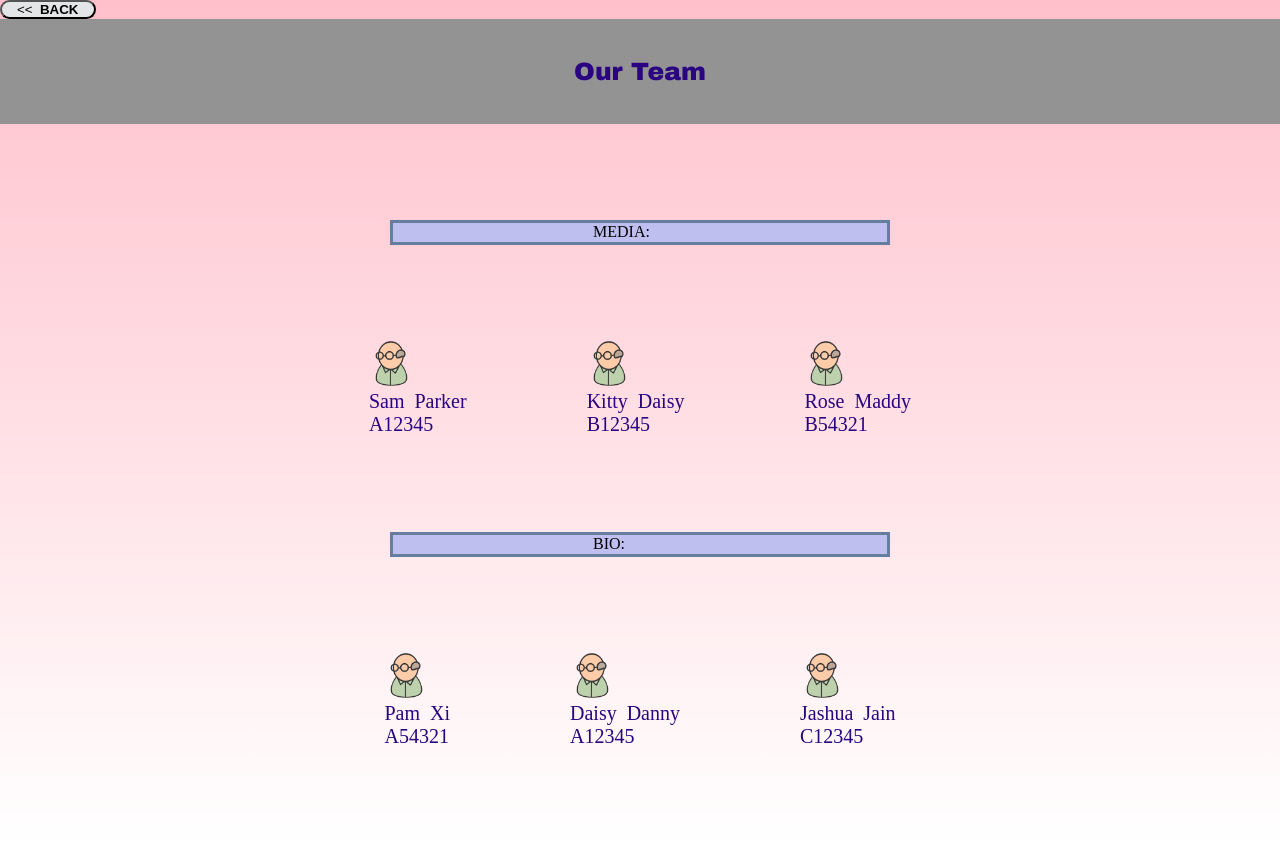
Repository: anoncoderin/madhu-assignment3
Page: /about
An editor plug-in stored every save of this project. The page is shown before and after the next save, followed by the edit.
The browser window is 1280 px wide. The pictures show the whole page.
The project was rebuilt for these pictures with package versions that can differ from the ones it lists, and the page was loaded fresh each time. The framework's server and built-in components were replaced by stand-ins that run in the browser. Also part of the build but not shown: next.config.js.

Above is the page before, as saved 2023-01-22 23:07:50.

### pages/about.js
import data from '../data/employee.json'
import { useState } from 'react'
import Link from 'next/link'
import Employee from '../components/Employee'
import styles from '@/styles/about.module.css'



export default function About() {
    console.log(data);
    const [information, setInformation] = useState([...data])
    return (

        <>
            <Link href="/"><button className={styles.button}>&lt;&lt;&nbsp;&nbsp;<b>BACK</b></button></Link>

            <div className={styles.header}>Our Team</div>

            <div className={styles.main}>
            <div className={styles.record}>MEDIA:</div>

            <div className={styles.row}>
            {

                information && information.map((info, index) => {
                    if (info.department === "Media") {
                        return (
                            <Employee key={index} employeeNumber={info.employeeNumber}
                                firstName={info.firstName}
                                lastName={info.lastName}
                            >
                            </Employee>

                        )
                    }

                }
                )
            }
            </div>

            <div className={styles.record}>BIO:</div>
            <div className={styles.row}>
            {
                information && information.map((info, index) => {
                    if (info.department === "Bio") {
                        return (
                            <Employee key={index} employeeNumber={info.employeeNumber}
                                firstName={info.firstName}
                                lastName={info.lastName}
                            >
                            </Employee>

                        )
                    }
                }
                )
            }
            </div>
            </div>

        </>

    )
}

### styles/globals.css
:root {
  --max-width: 1100px;
  --border-radius: 12px;
  --font-mono: ui-monospace, Menlo, Monaco, 'Cascadia Mono', 'Segoe UI Mono',
    'Roboto Mono', 'Oxygen Mono', 'Ubuntu Monospace', 'Source Code Pro',
    'Fira Mono', 'Droid Sans Mono', 'Courier New', monospace;

  --foreground-rgb: 0, 0, 0;
  --background-start-rgb: 255, 192, 203;
  --background-end-rgb: 255, 255, 255;

  --primary-glow: conic-gradient(
    from 180deg at 50% 50%,
    hsla(78, 61%, 87%, 0.2) 0deg,
    #0885ff33 55deg,
    #54d6ff33 120deg,
    #0071ff33 160deg,
    transparent 360deg
  );
  --secondary-glow: radial-gradient(
    rgba(255, 255, 255, 1),
    rgba(255, 255, 255, 0)
  );

  --tile-start-rgb: 239, 245, 249;
  --tile-end-rgb: 228, 232, 233;
  --tile-border: conic-gradient(
    #00000080,
    #00000040,
    #00000030,
    #00000020,
    #00000010,
    #00000010,
    #00000080
  );

  --callout-rgb: 238, 240, 241;
  --callout-border-rgb: 172, 175, 176;
  --card-rgb: 180, 185, 188;
  --card-border-rgb: 131, 134, 135;
}

@media (prefers-color-scheme: dark) {
  :root {
    --foreground-rgb: 255, 255, 255;
    --background-start-rgb: 0, 0, 0;
    --background-end-rgb: 0, 0, 0;

    --primary-glow: radial-gradient(rgba(1, 65, 255, 0.4), rgba(1, 65, 255, 0));
    --secondary-glow: linear-gradient(
      to bottom right,
      rgba(1, 65, 255, 0),
      rgba(1, 65, 255, 0),
      rgba(1, 65, 255, 0.3)
    );

    --tile-start-rgb: 2, 13, 46;
    --tile-end-rgb: 2, 5, 19;
    --tile-border: conic-gradient(
      #ffffff80,
      #ffffff40,
      #ffffff30,
      #ffffff20,
      #ffffff10,
      #ffffff10,
      #ffffff80
    );

    --callout-rgb: 20, 20, 20;
    --callout-border-rgb: 108, 108, 108;
    --card-rgb: 100, 100, 100;
    --card-border-rgb: 200, 200, 200;
  }
}

* {
  box-sizing: border-box;
  padding: 0;
  margin: 0;
}

html,
body {
  max-width: 100vw;
  overflow-x: hidden;
}

body {
  color: rgb(var(--foreground-rgb));
  background: linear-gradient(
      to bottom,
      transparent,
      rgb(var(--background-end-rgb))
    )
    rgb(var(--background-start-rgb));
}

a {
  color: inherit;
  text-decoration: none;
}
a:hover{
  color: rgb(92, 91, 91);
}

@media (prefers-color-scheme: dark) {
  html {
    color-scheme: dark;
  }
}

### data/employee.json

[
{
    "employeeNumber": "A12345",
    "firstName": "Sam",
    "lastName": "Parker",
    "department": "Media"
},
{
    "employeeNumber": "A54321",
    "firstName": "Pam",
    "lastName": "Xi",
    "department": "Bio"
},
{
    "employeeNumber": "B12345",
    "firstName": "Kitty",
    "lastName": "Daisy",
    "department": "Media"
},
{
    "employeeNumber": "B54321",
    "firstName": "Rose",
    "lastName": "Maddy",
    "department": "Media"
},
{
    "employeeNumber": "A12345",
    "firstName": "Daisy",
    "lastName": "Danny",
    "department": "Bio"
},
{
    "employeeNumber": "C12345",
    "firstName": "Jashua",
    "lastName": "Jain",
    "department": "Bio"
}





]

### components/Employee/index.js
import styles from '@/styles/about.module.css'
export default function Employee(
    {
        employeeNumber = "none",
        firstName = "none",
        lastName = "none",
        department = "none",
        image = 'icon/personThree.png'
    }
) {
    return (
        <div>
            <div>
                <img src={image} width="45px"></img>
            </div>

            <div className={styles.dpt}>
                <p> {firstName} &nbsp;
                    {lastName}<br></br>
                    {employeeNumber}
                </p>
            </div>
        </div>
    )
}

### styles/about.module.css
.header{
    display: flex;
    flex-direction: column;
    justify-content: space-between;
    align-items: center;
        padding: 39px;
    background-color: rgb(147, 147, 147);
    color: rgb(42, 4, 129);

    font-size: 25px;
    margin: 45;
    font-family: arial black;

}



.main {
    display: flex;
    flex-direction: column;
    justify-content: space-between;
    align-items: center;
    padding: 6rem;
    min-height: 100vh;
  }

  .dpt{
    color: rgb(42, 4, 129) ;
    font-size: 20px;

  }

  .record{
    padding-left: 200px;
    height: 25px;
    width: 500px;
    background-color: #bebeef;
    border-style:solid;
    border-color:#657d9f;
  }

  .row{
    display: flex;
    flex-direction: row;
    justify-content:space-evenly;
    gap: 120px;

  }
  .button{
    padding-left: 15px;
    padding-right: 15px;

    border-radius: 10px;
    background-color: #e4e5e6;
  }

Loaded but not shown: pages/_app.js (common file); pages/_document.js (common file)

After the next save:
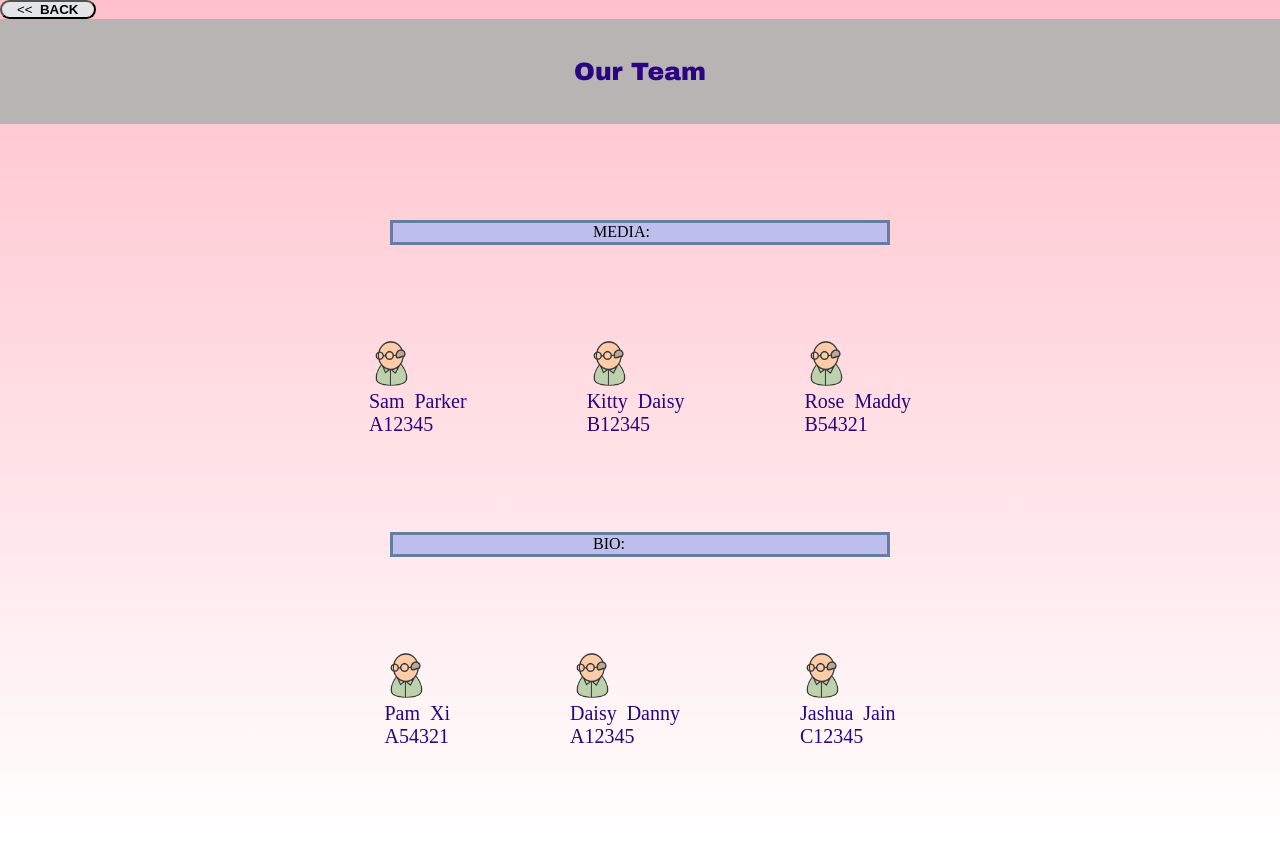
Saved 23 s later.
--- a/styles/about.module.css
+++ b/styles/about.module.css
@@ -4,7 +4,7 @@
     justify-content: space-between;
     align-items: center;
         padding: 39px;
-    background-color: rgb(147, 147, 147);
+    background-color: rgb(184, 180, 180);
     color: rgb(42, 4, 129);
 
     font-size: 25px;
